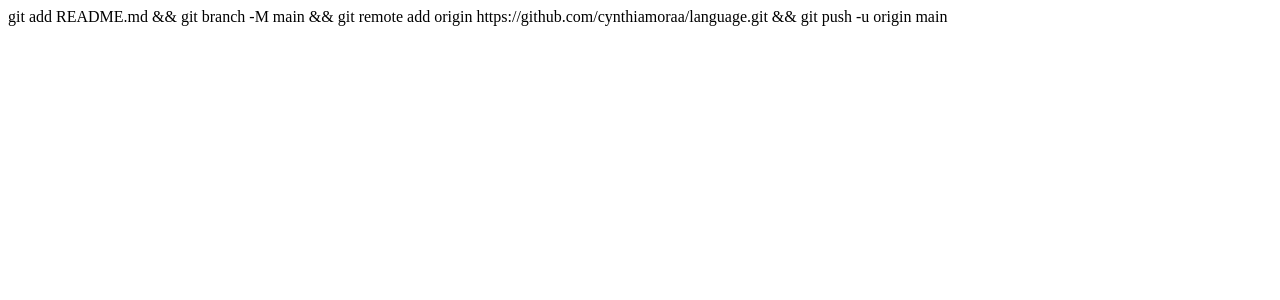
Repository: cynthiamoraa/language
Page: Flappy-Bird-Game/test.html
The author's editor kept a copy of each file at every save. The page is drawn from the files as they stood at one save, then again after the next save.
The browser window is 1280 px wide. The pictures show the whole page.

Above is the page before, as saved 2023-04-28 12:54:26.

After the next save:
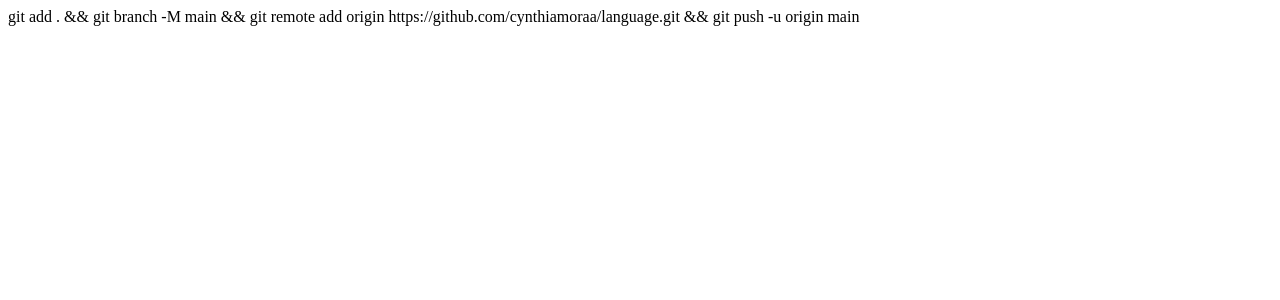
Saved 15 s later.
--- a/Flappy-Bird-Game/test.html
+++ b/Flappy-Bird-Game/test.html
@@ -1 +1 @@
-git add README.md    && git branch -M main && git remote add origin https://github.com/cynthiamoraa/language.git && git push -u origin main
+git add .   && git branch -M main && git remote add origin https://github.com/cynthiamoraa/language.git && git push -u origin main
